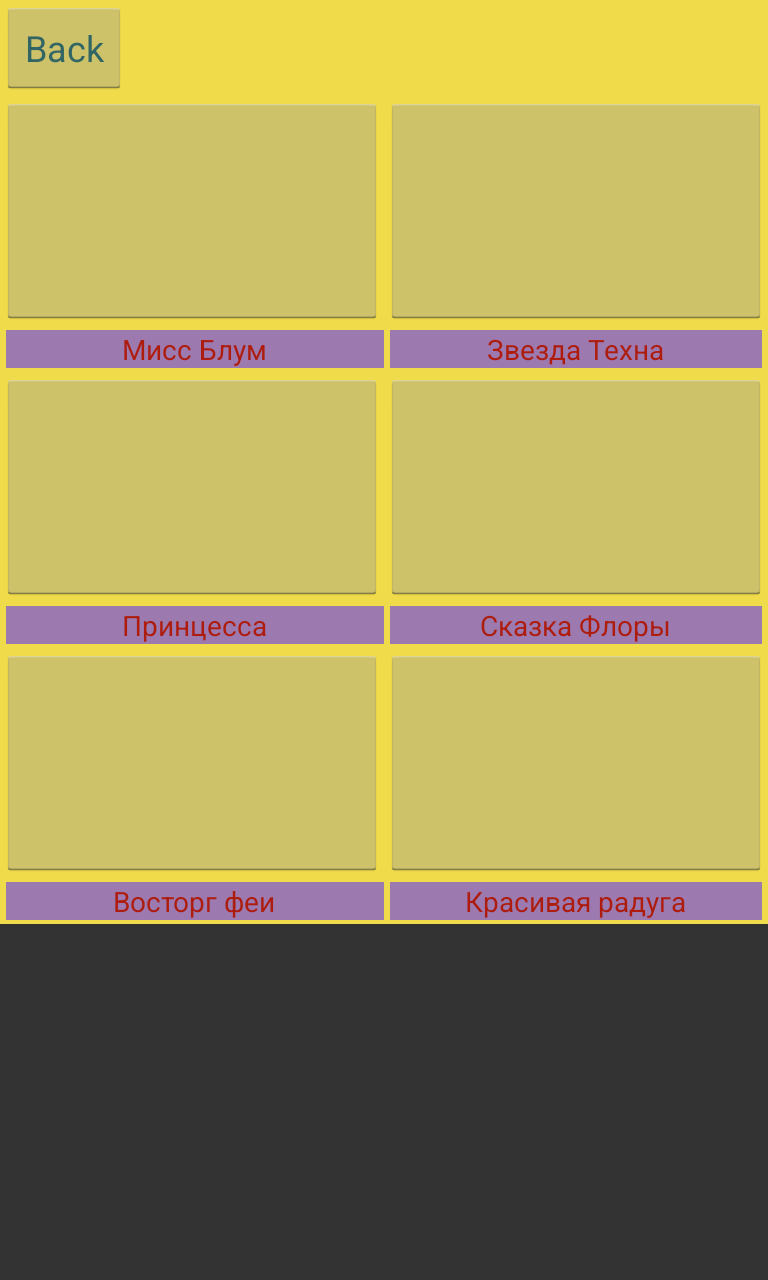
Repository: Skyremix/Winx
Layout: Winx/Winx/res/layout/stages.xml
The author's editor kept a copy of each file at every save. The layout is drawn from the files as they stood at one save, then again after the next save.
It is drawn on a 768 x 1280 px phone screen (xhdpi) without system bars, with theme AppTheme; the app's code is not run.

Above is the layout before, as saved 2015-05-14 23:42:50.

After the next save:
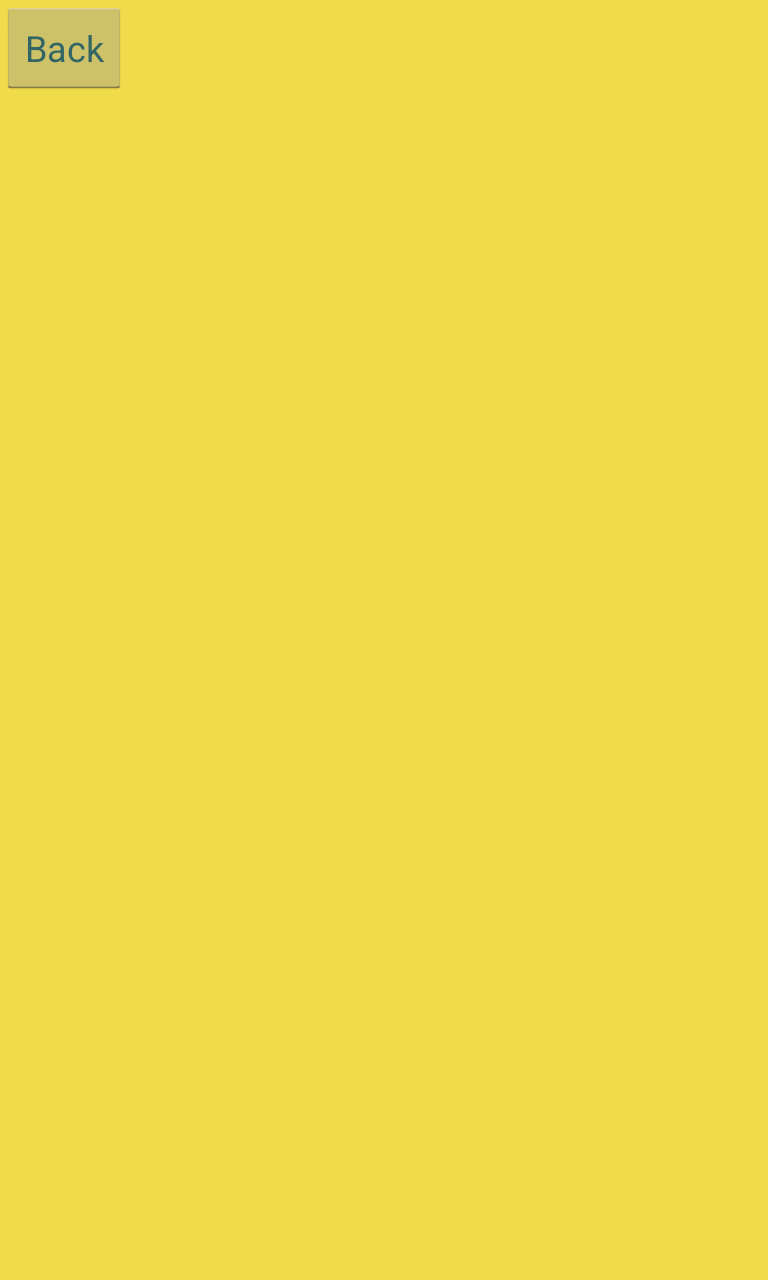
Saved 109 s later.
--- a/Winx/Winx/res/layout/stages.xml
+++ b/Winx/Winx/res/layout/stages.xml
@@ -7,7 +7,7 @@
 
     <LinearLayout
         android:layout_width="match_parent"
-        android:layout_height="wrap_content" >
+        android:layout_height="match_parent" >
 
         <LinearLayout
             android:layout_width="match_parent"
